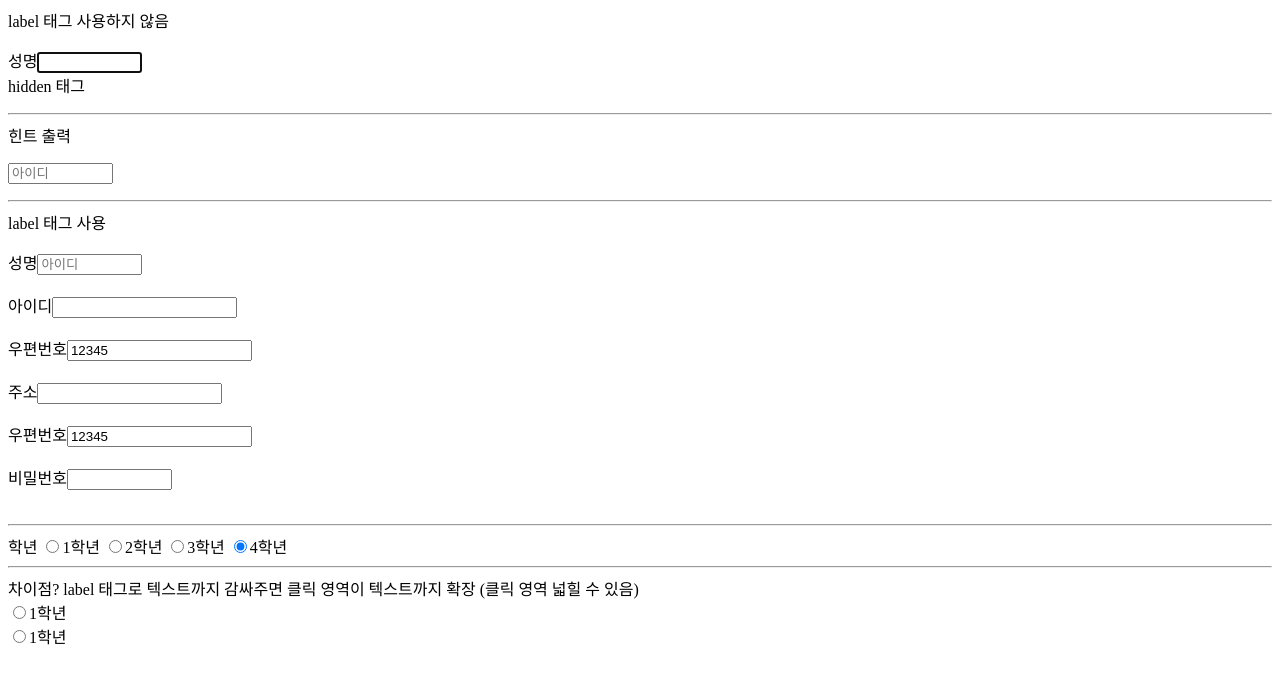
Repository: roditee/Frontend_ex
Page: HTML01/src/main/webapp/form.html
These files come from the project's save history. The page is drawn as it stood at one moment and after the next save; the edit follows.
The browser window is 1280 px wide. The pictures show the whole page.

Above is the page before, as saved 2021-12-02 08:16:11.

After the next save:
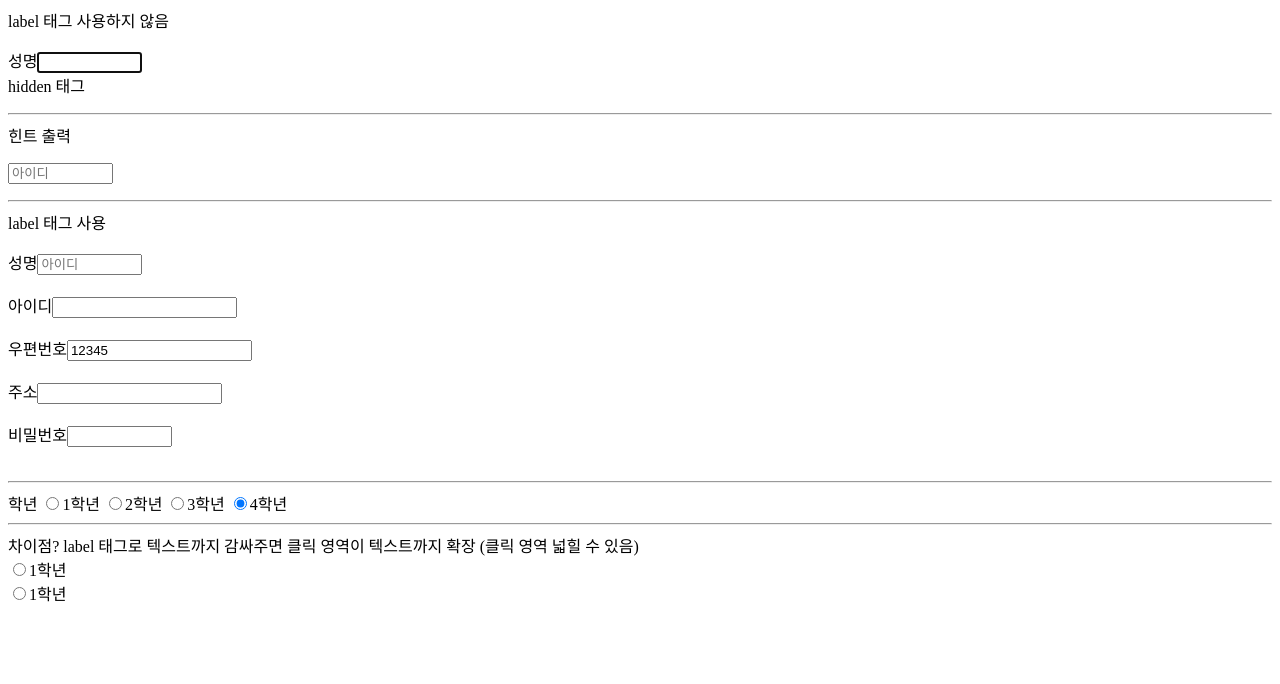
Saved 24 s later.
--- a/HTML01/src/main/webapp/form.html
+++ b/HTML01/src/main/webapp/form.html
@@ -22,7 +22,6 @@
 			<label>아이디<input type="id" name="name2" maxlength="8"></label><br><br>
 			<label>우편번호<input type="text" name="zipcode" value="12345" readonly></label><br><br>
 			<label>주소<input type="text" name="address" required></label><br><br>
-			<label>우편번호<input type="text" name="zipcode" value="12345" readonly></label><br><br>
 			<label>비밀번호<input type="password" name="passwd" size="10"></label><br><br>
 			<hr>
 
